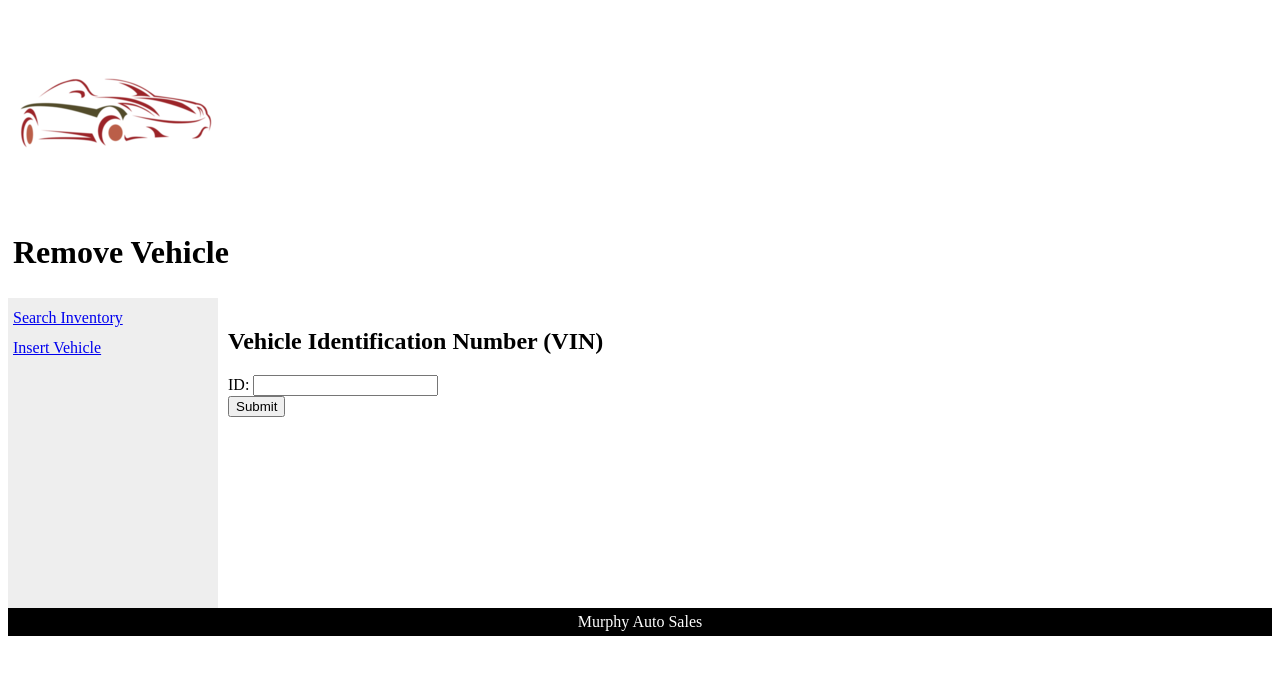
Repository: CamdenMurphy/workspace4830-intro-to-software-engineering
Page: techExercise/techExercise-Murphy/src/main/webapp/delete_murphy.html
The author's editor kept a copy of each file at every save. The page is drawn from the files as they stood at one save, then again after the next save.
The browser window is 1280 px wide. The pictures show the whole page.

Above is the page before, as saved 2023-10-12 06:10:53.

After the next save:
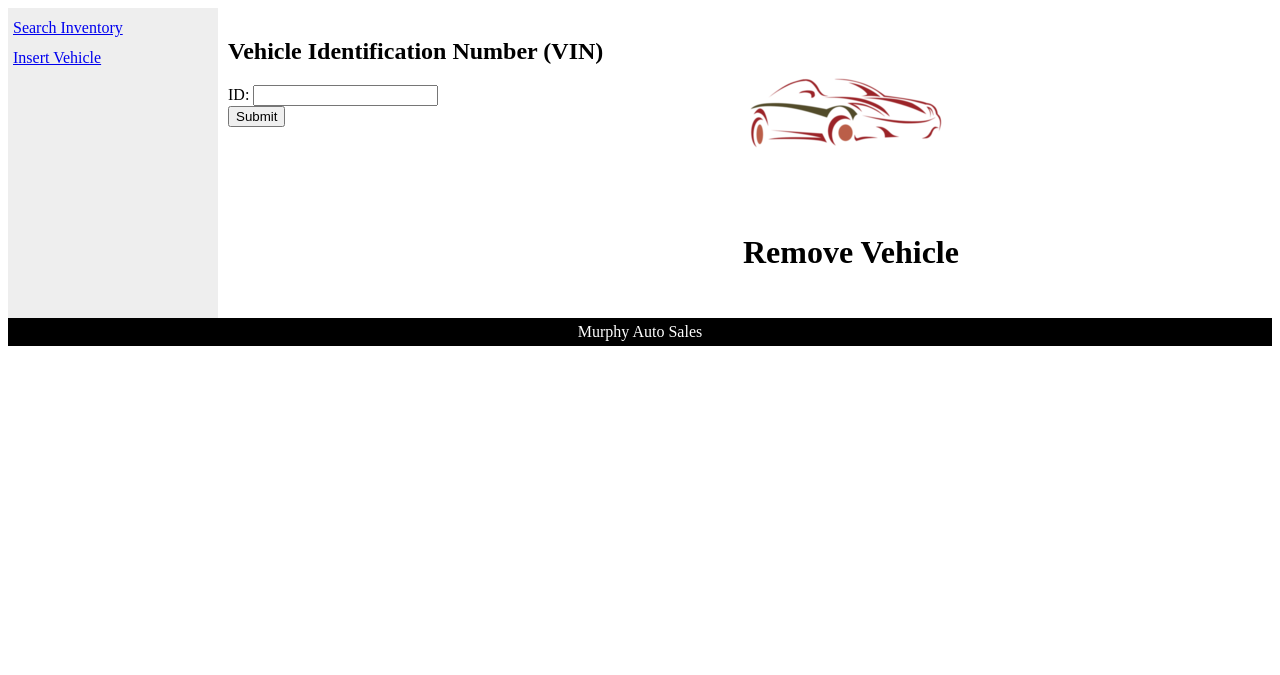
Saved 105 s later.
--- a/techExercise/techExercise-Murphy/src/main/webapp/delete_murphy.html
+++ b/techExercise/techExercise-Murphy/src/main/webapp/delete_murphy.html
@@ -2,6 +2,7 @@
 <head>
 <style>
 header {
+	display: inline-block;
     padding:5px;
 }
 nav {
@@ -13,7 +14,7 @@
     padding:5px;
 }
 img {
-	display: inline;
+
 }
 section {
     width:500px;

After the save that followed:
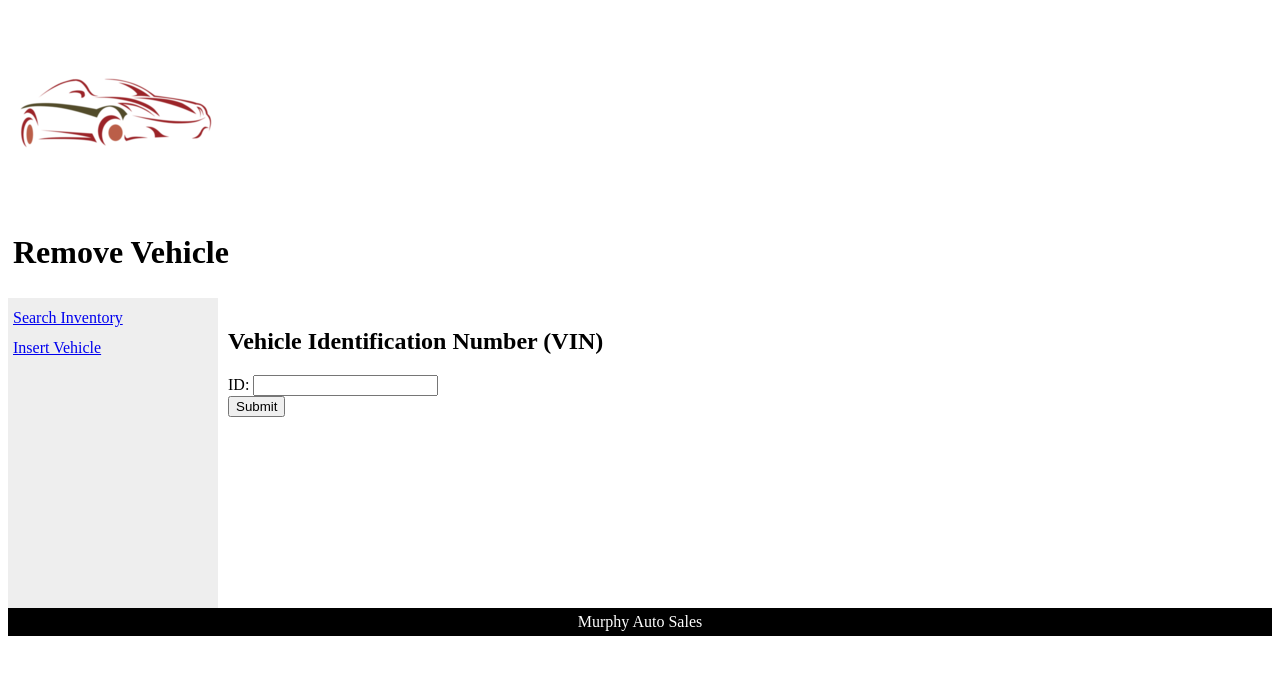
Saved 26 s later.
--- a/techExercise/techExercise-Murphy/src/main/webapp/delete_murphy.html
+++ b/techExercise/techExercise-Murphy/src/main/webapp/delete_murphy.html
@@ -2,7 +2,7 @@
 <head>
 <style>
 header {
-	display: inline-block;
+
     padding:5px;
 }
 nav {
@@ -14,7 +14,7 @@
     padding:5px;
 }
 img {
-
+	display: inline-block;
 }
 section {
     width:500px;
